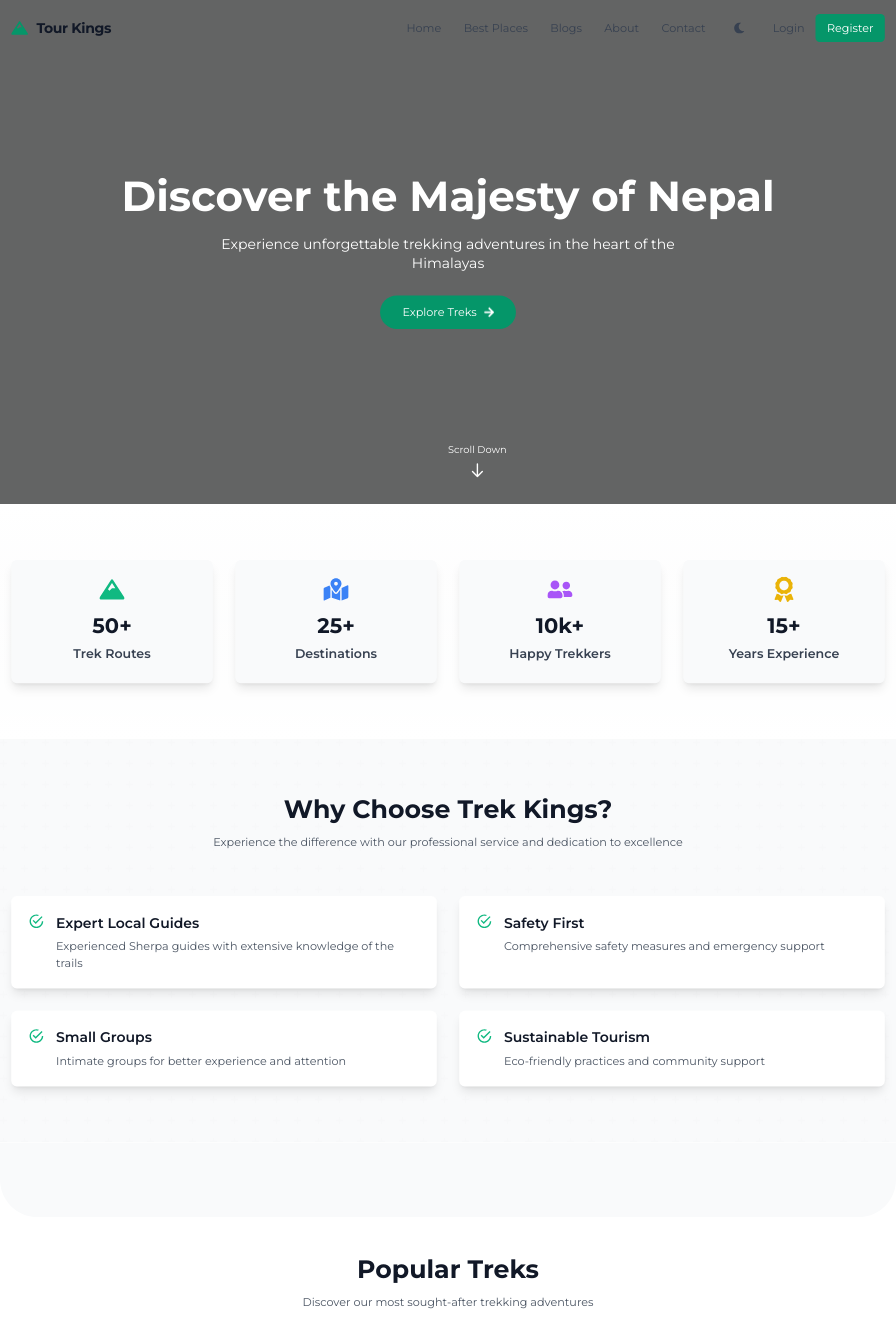
Repository: OnlyAmFo/TourMain
Page: / (app in Frontend/)
These files come from the project's save history. The page is drawn as it stood at one moment and after the next save; the edit follows.
The browser window is 1280 px wide. The pictures show the part of the page from y = 0 to 1920 px (the page is 3319 px tall), at 70% of full size.
The project was rebuilt for these pictures with package versions that can differ from the ones it lists, and the page was loaded fresh each time. Also part of the build but not shown: Frontend/vite.config.js, Frontend/src/utils/notifications.js, Frontend/src/components/Auth/Login.jsx, Frontend/src/components/Auth/Register.jsx, Frontend/src/pages/Dashboard/Admin/AdminLayout.jsx, Frontend/src/components/Blogs/blogData.js, Frontend/src/components/Blogs/Blogs.jsx, Frontend/src/components/Booking/BookingSuccess.jsx and 29 more. Imported but missing from the stored project, and not drawn on this page: Frontend/src/assets/video/main.mp4.

Above is the page before, as saved 2025-04-17 14:06:49.

After the next save:
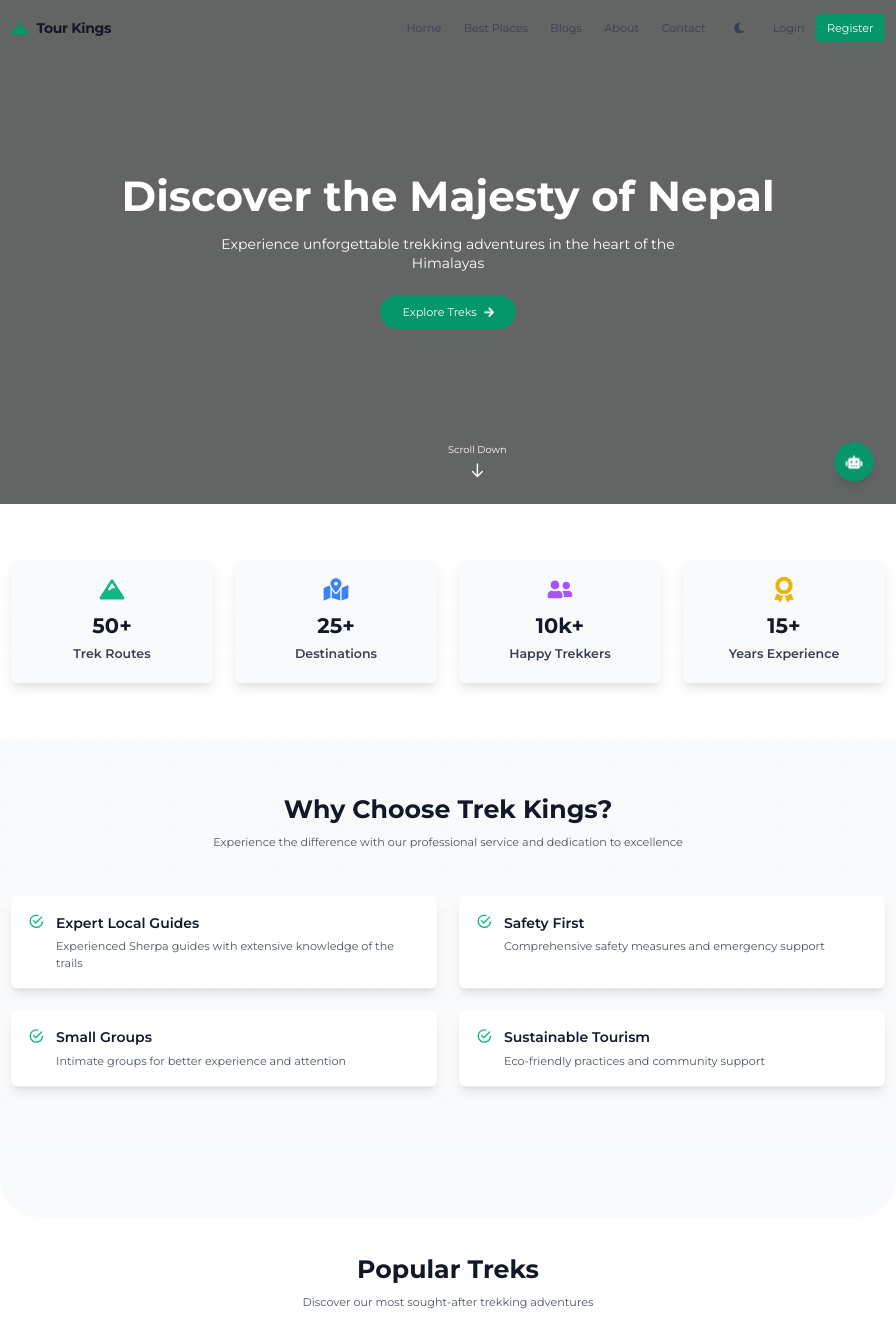
Saved 26 min 40 s later.
--- a/Frontend/src/App.jsx
+++ b/Frontend/src/App.jsx
@@ -19,6 +19,7 @@ import "aos/dist/aos.css";
 import AdminDashboard from "./pages/Dashboard/Admin/AdminDashboard";
 import ScrollToTop from "./components/ScrollToTop";
 import { ThemeProvider } from "./context/ThemeContext";
+import TravelAssistant from "./components/AI/TravelAssistant";
 
 const App = () => {
   React.useEffect(() => {
@@ -77,6 +78,7 @@ const App = () => {
             draggable
             pauseOnHover
           />
+          <TravelAssistant />
         </BrowserRouter>
       </AuthProvider>
     </ThemeProvider>
